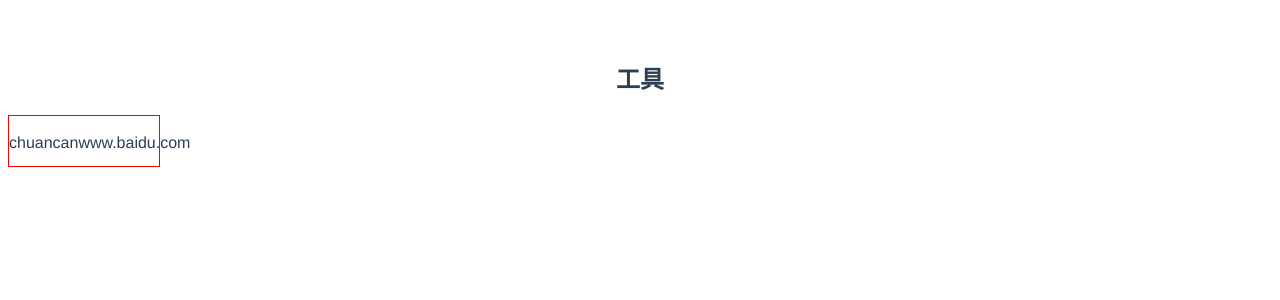
Repository: LiuZixu-aurelio/collection
Page: /
The author's editor kept a copy of each file at every save. The page is drawn from the files as they stood at one save, then again after the next save.
The browser window is 1280 px wide. The pictures show the whole page.
The project was rebuilt for these pictures with package versions that can differ from the ones it lists, and the page was loaded fresh each time.

Above is the page before, as saved 2022-06-09 16:02:50.

After the next save:
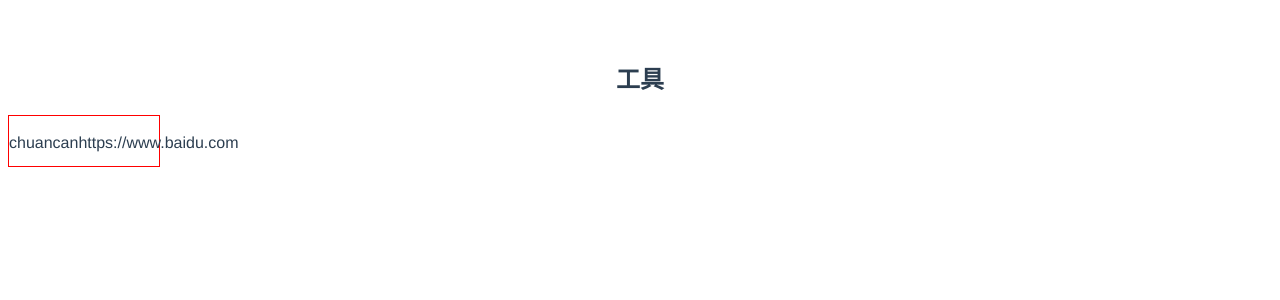
Saved 25 s later.
--- a/src/components/HelloWorld.vue
+++ b/src/components/HelloWorld.vue
@@ -2,7 +2,7 @@
   <div>
     <div>
       <h2>工具</h2>
-      <Card msg="chuancan" web="www.baidu.com"/>
+      <Card msg="chuancan" web="https://www.baidu.com"/>
     </div>
   </div>
 </template>
